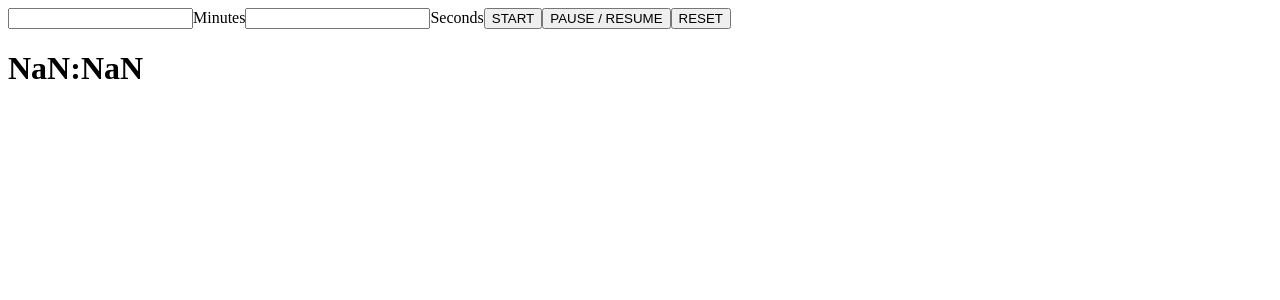
Repository: mariocapitbrok/set-interval-js-timer
Page: /
An editor plug-in stored every save of this project. The page is shown before and after the next save, followed by the edit.
The browser window is 1280 px wide. The pictures show the whole page.
The project was rebuilt for these pictures with package versions that can differ from the ones it lists, and the page was loaded fresh each time.

Above is the page before, as saved 2022-07-20 16:39:29.

### src/App.js
import React from 'react'
import Solution from './components/solution'

function App() {
  return (
    <>
      <Solution />
    </>
  )
}

export default App

### src/components/solution.jsx
import React, { Fragment, useState, useEffect } from 'react'

const calculateTime = prevSeconds => {
  const minutes = Math.floor(prevSeconds / 60)
  const seconds = prevSeconds - minutes * 60

  return { minutes, seconds }
}

const twoDigits = number => {
  return number < 10 ? '0' + number : String(number)
}

function Solution() {
  const [config, setConfig] = useState([
    { minutes: 0, seconds: 0 },
    { minutes: 0, seconds: 30 },
    { minutes: 1, seconds: 30 },
  ])

  const [time, setTime] = useState(null)
  const [minutes, setMinutes] = useState(0)
  const [seconds, setSeconds] = useState(0)

  const [timerId, setTimerId] = useState(null)
  const [start, setStart] = useState(false)
  const [pause, setPause] = useState(false)
  const [stop, setStop] = useState(false)

  const countDown = () => {
    setTime(time => {
      while (time > 0) {
        return time - 1
      }
      return null
    })

    if (time === 0) {
      clearInterval(timerId)
      setTimerId(null)
      setStart(false)
      setStop(true)
      setTime(0)
      return
    }
  }

  const setTimer = () => {
    const newTimerId = setInterval(countDown, 100)
    return newTimerId
  }

  useEffect(() => {
    const newTime = config.minutes * 60 + config.seconds
    setTime(newTime)
    setTimerId(setTimer())
    // eslint-disable-next-line react-hooks/exhaustive-deps
  }, [])

  useEffect(() => {
    setMinutes(calculateTime(time).minutes)
    setSeconds(calculateTime(time).seconds)

    if (minutes === 0 && seconds === 0) {
      if (timerId) stopTimer()
    }
    // eslint-disable-next-line react-hooks/exhaustive-deps
  }, [time])

  const differentValues = () => {
    return config.minutes !== minutes && config.seconds !== seconds
  }

  const startTimer = () => {
    if (differentValues()) {
      /* resetTimer()
      setTimerId(setTimer()) */
      console.log('different values')
    }

    if (start && !stop) return

    if (minutes === 0 && seconds === 0) resetTimer()

    if (timerId) setTimerId(setTimer())

    setStart(true)
    setStop(false)
  }

  const pauseTimer = () => {
    if (!time) return
    if (!stop) stopTimer()
    if (!start) startTimer()

    setPause(!pause)
  }

  const resetTimer = () => {
    stopTimer()

    const newTime = config.minutes * 60 + config.seconds
    setTime(newTime)

    setMinutes(config.minutes)
    setSeconds(config.seconds)
    return
  }

  const stopTimer = () => {
    if (timerId) clearInterval(timerId)

    setStop(true)
    setStart(false)
  }

  return (
    <Fragment>
      <label>
        <input
          type="number"
          onChange={({ target }) =>
            setConfig({ ...config, minutes: Number(target.value) })
          }
          value={config.minutes}
        />
        Minutes
      </label>
      <label>
        <input
          type="number"
          onChange={({ target }) =>
            setConfig({ ...config, seconds: Number(target.value) })
          }
          value={config.seconds}
        />
        Seconds
      </label>

      <button onClick={startTimer}>START</button>
      <button onClick={pauseTimer}>PAUSE / RESUME</button>
      <button onClick={resetTimer}>RESET</button>

      <h1 data-testid="running-clock">{`${twoDigits(minutes)}:${twoDigits(
        seconds
      )}`}</h1>
    </Fragment>
  )
}

export default Solution

Loaded but not shown: public/index.html (common file); src/index.js (common file)

After the next save:
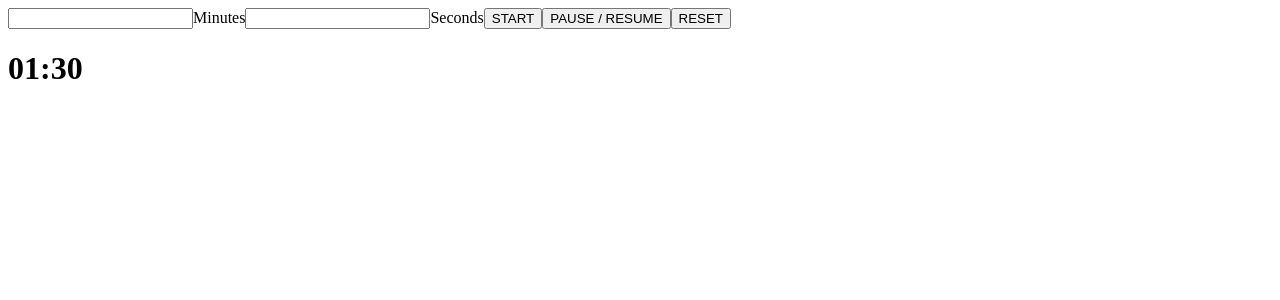
Saved 3 min 18 s later.
--- a/src/components/solution.jsx
+++ b/src/components/solution.jsx
@@ -51,7 +51,8 @@ function Solution() {
   }
 
   useEffect(() => {
-    const newTime = config.minutes * 60 + config.seconds
+    const newTime =
+      config[config.length - 1].minutes * 60 + config[config.length - 1].seconds
     setTime(newTime)
     setTimerId(setTimer())
     // eslint-disable-next-line react-hooks/exhaustive-deps
@@ -68,7 +69,10 @@ function Solution() {
   }, [time])
 
   const differentValues = () => {
-    return config.minutes !== minutes && config.seconds !== seconds
+    return (
+      config[config.length - 1].minutes !== minutes &&
+      config[config.length - 1].seconds !== seconds
+    )
   }
 
   const startTimer = () => {
